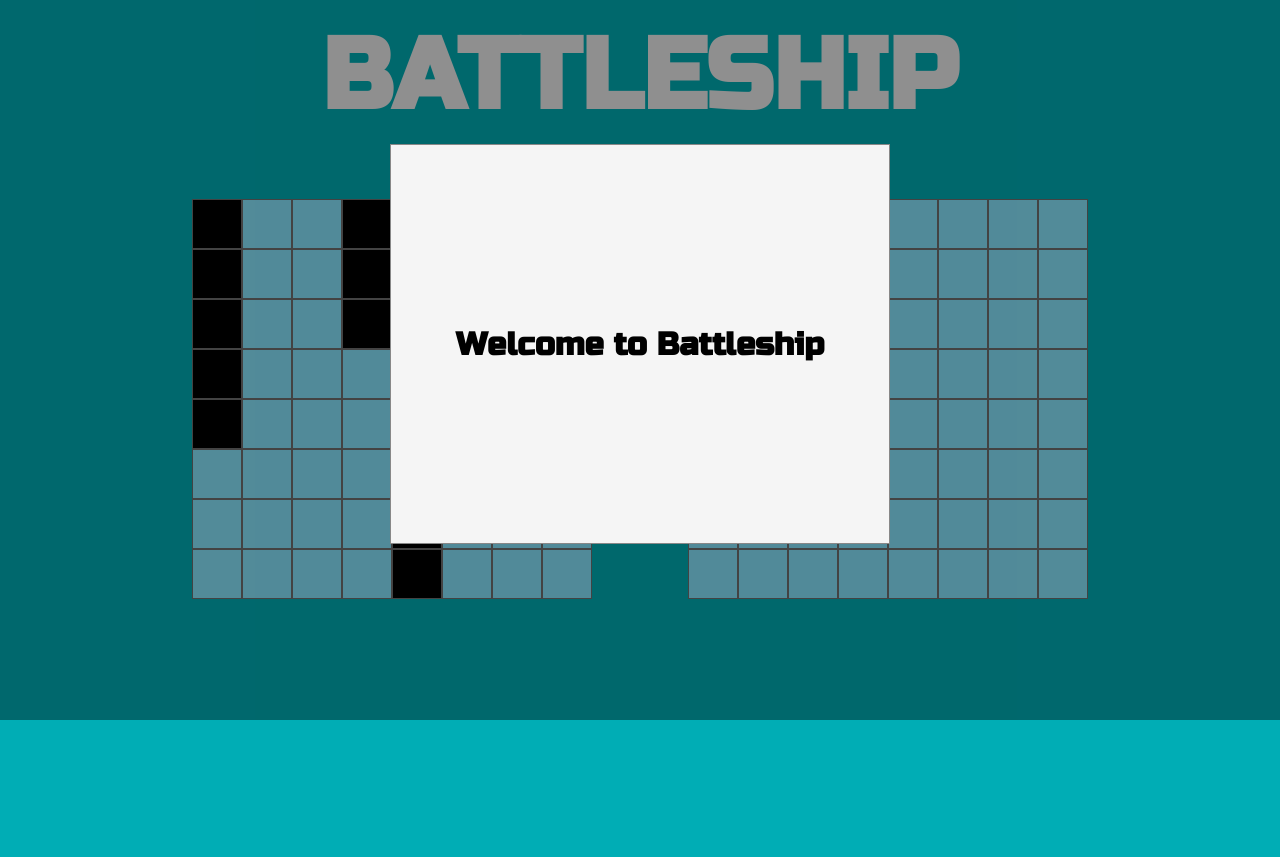
Repository: AzharMoosa/battleship
Page: /
The author's editor kept a copy of each file at every save. The page is drawn from the files as they stood at one save, then again after the next save.
The browser window is 1280 px wide. The pictures show the whole page.
The project was rebuilt for these pictures with package versions that can differ from the ones it lists, and the page was loaded fresh each time.

Above is the page before, as saved 2020-07-09 10:05:37.

After the next save:
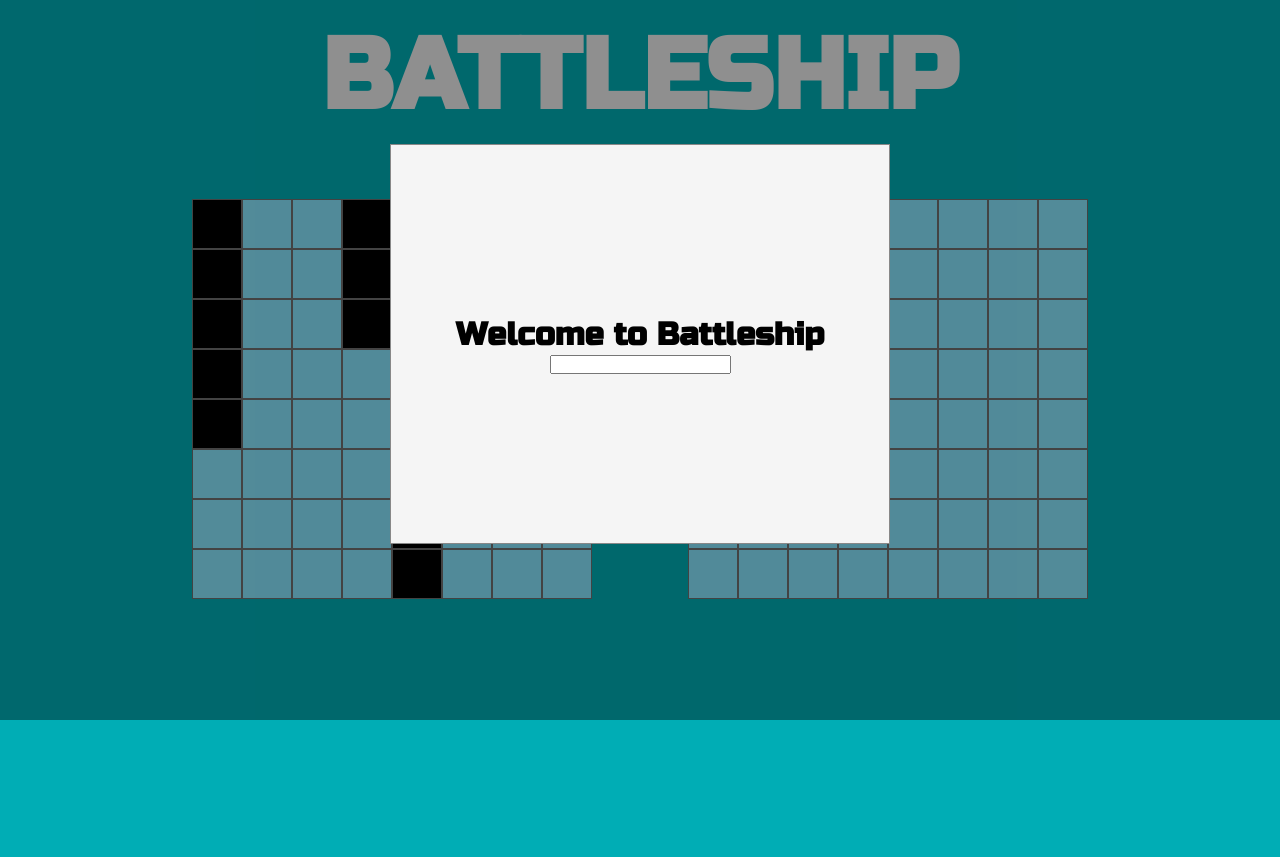
Saved 22 s later.
--- a/src/components/PlaceShip.js
+++ b/src/components/PlaceShip.js
@@ -11,7 +11,9 @@ const PlaceShip = () => {
     <div className='start'>
       <div className='start-content'>
         <h1>Welcome to Battleship</h1>
-        <div className='coord-input'></div>
+        <div className='coord-inputs'>
+          <input type='text' onChange />
+        </div>
       </div>
     </div>
   );
